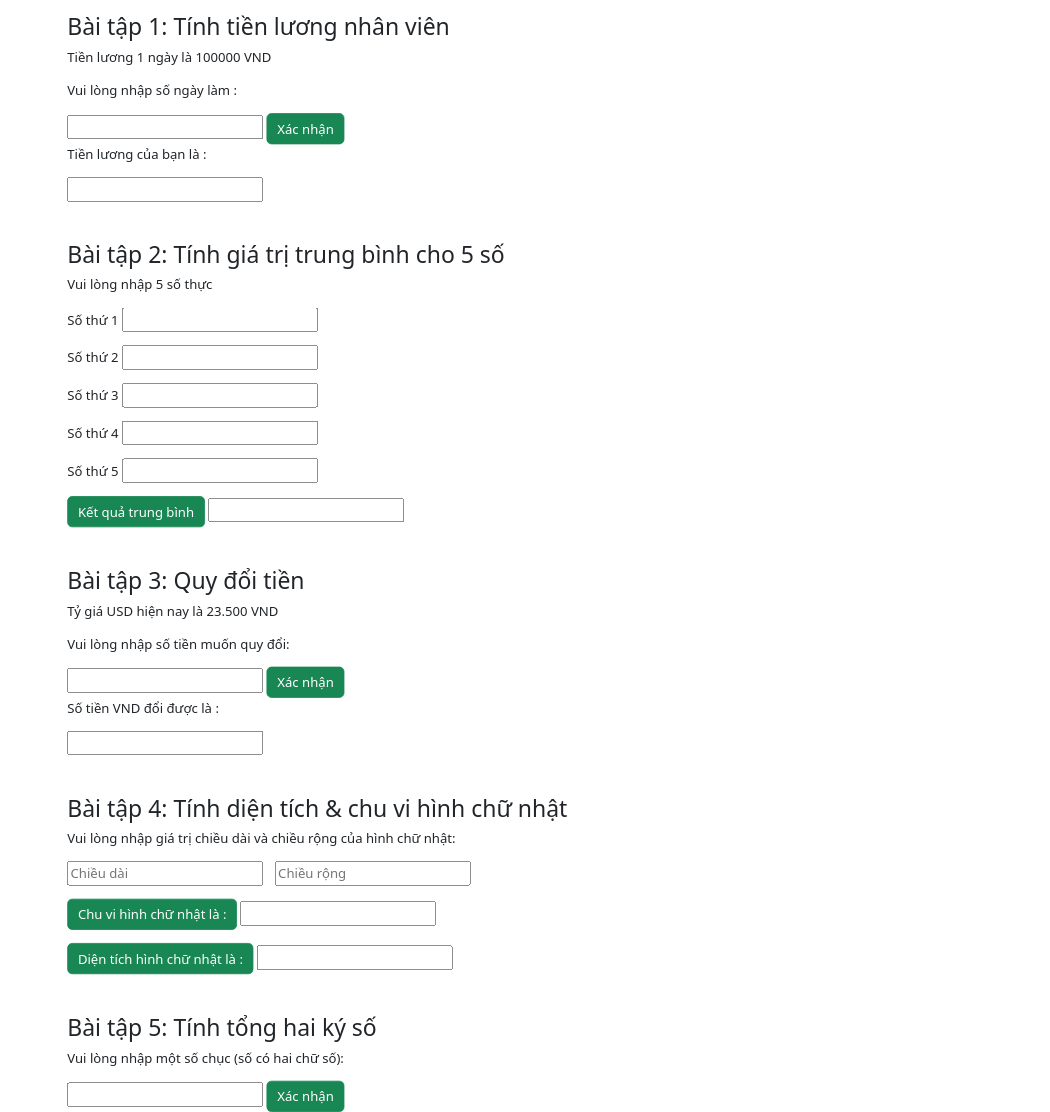
Repository: hcozyph/TranHuuPhuoc_BC43_BT_JS_Buoi2
Page: index.html
These files come from the project's save history. The page is drawn as it stood at one moment and after the next save; the edit follows.
The browser window is 1280 px wide. The pictures show the whole page, at 82% of full size.

Above is the page before, as saved 2023-01-21 23:27:19.

After the next save:
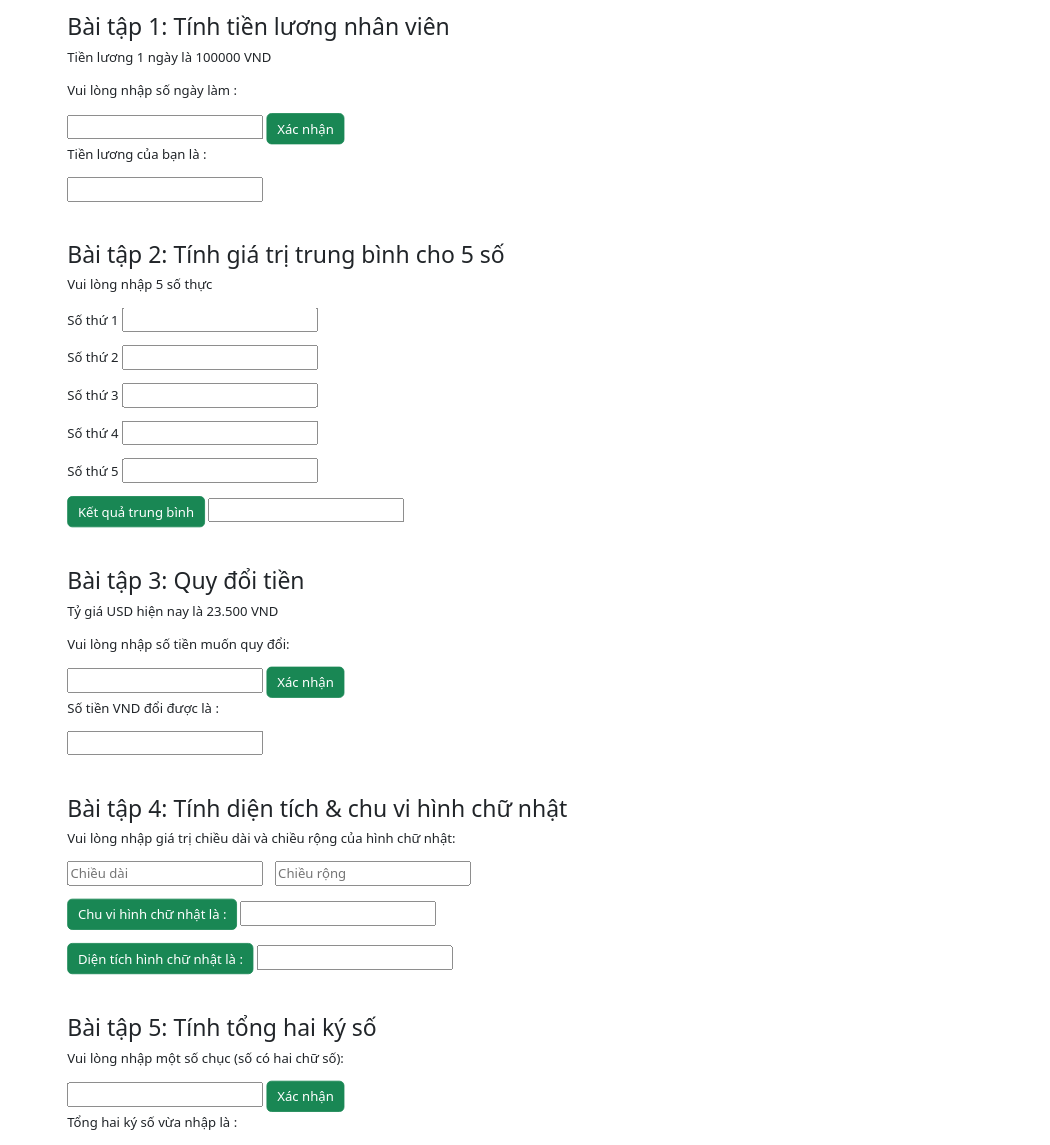
Saved 26 s later.
--- a/index.html
+++ b/index.html
@@ -130,6 +130,7 @@
                 <p>Vui lòng nhập một số chục (số có hai chữ số):</p>
                 <input type="number" id="inputSoChuc" />
                 <button class="btn btn-success">Xác nhận</button>
+                <p>Tổng hai ký số vừa nhập là :</p>
             </div>
         </div>
 
